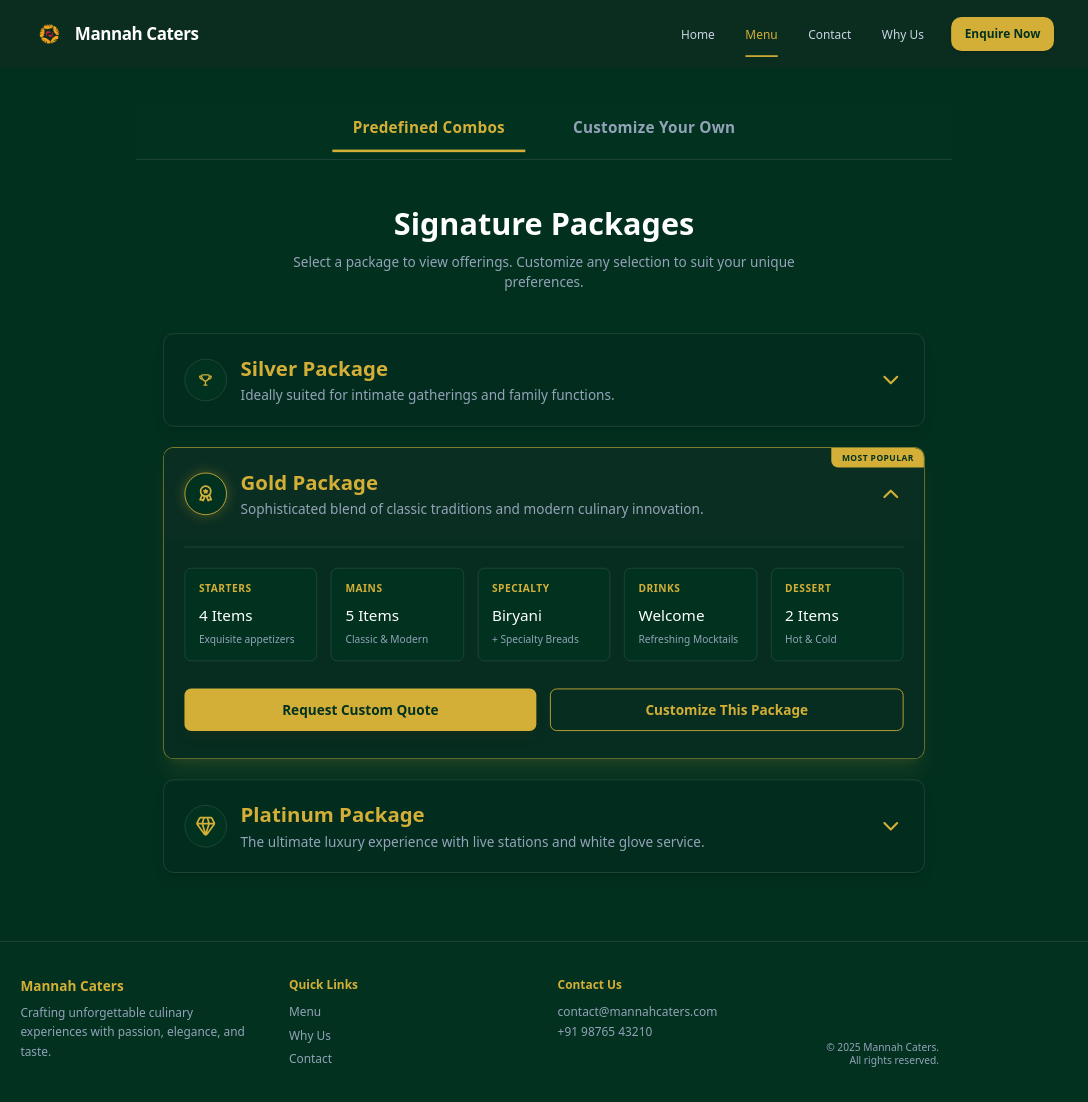
Repository: B-U-G-Freelancers/mannah_caterers
Page: /menu
The author's editor kept a copy of each file at every save. The page is drawn from the files as they stood at one save, then again after the next save.
The browser window is 1280 px wide. The pictures show the whole page, at 85% of full size.
The project was rebuilt for these pictures with package versions that can differ from the ones it lists, and the page was loaded fresh each time. Some packages were replaced by stand-ins written for this rebuild. Also part of the build but not shown: vite.config.js, src/pages/Home.jsx, src/components/MenuItem.jsx, src/components/CartSideBar.jsx, src/components/CustomizeView.jsx, src/pages/Contact.jsx, src/pages/WhyUs.jsx, src/components/SelectedMenu.jsx and 2 more.

Above is the page before, as saved 2025-12-19 13:56:03.

After the next save:
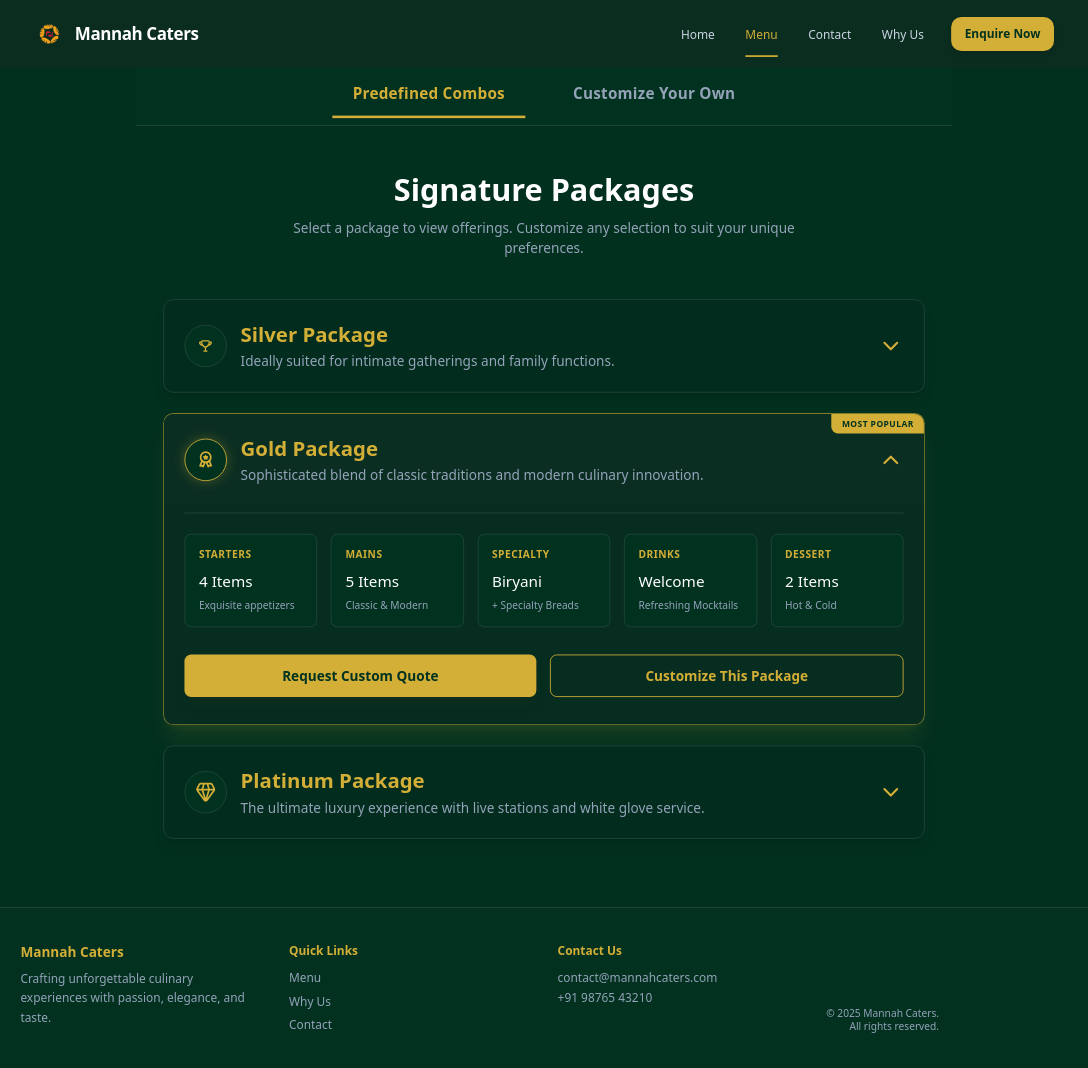
Saved 2 min 16 s later.
--- a/src/pages/Menu.jsx
+++ b/src/pages/Menu.jsx
@@ -27,7 +27,7 @@
 
   return (
     <div className="min-h-screen flex flex-col bg-[#02301f]">
-      <main className="flex-1 flex flex-col items-center pb-20 px-4 sm:px-10 lg:px-40 pt-10">
+      <main className="flex-1 flex flex-col items-center pb-20 px-4 sm:px-10 lg:px-40">
         <div className="w-full max-w-[1200px] flex flex-col gap-8">
 
           {/* Tabs */}

After the 3 saves that followed:
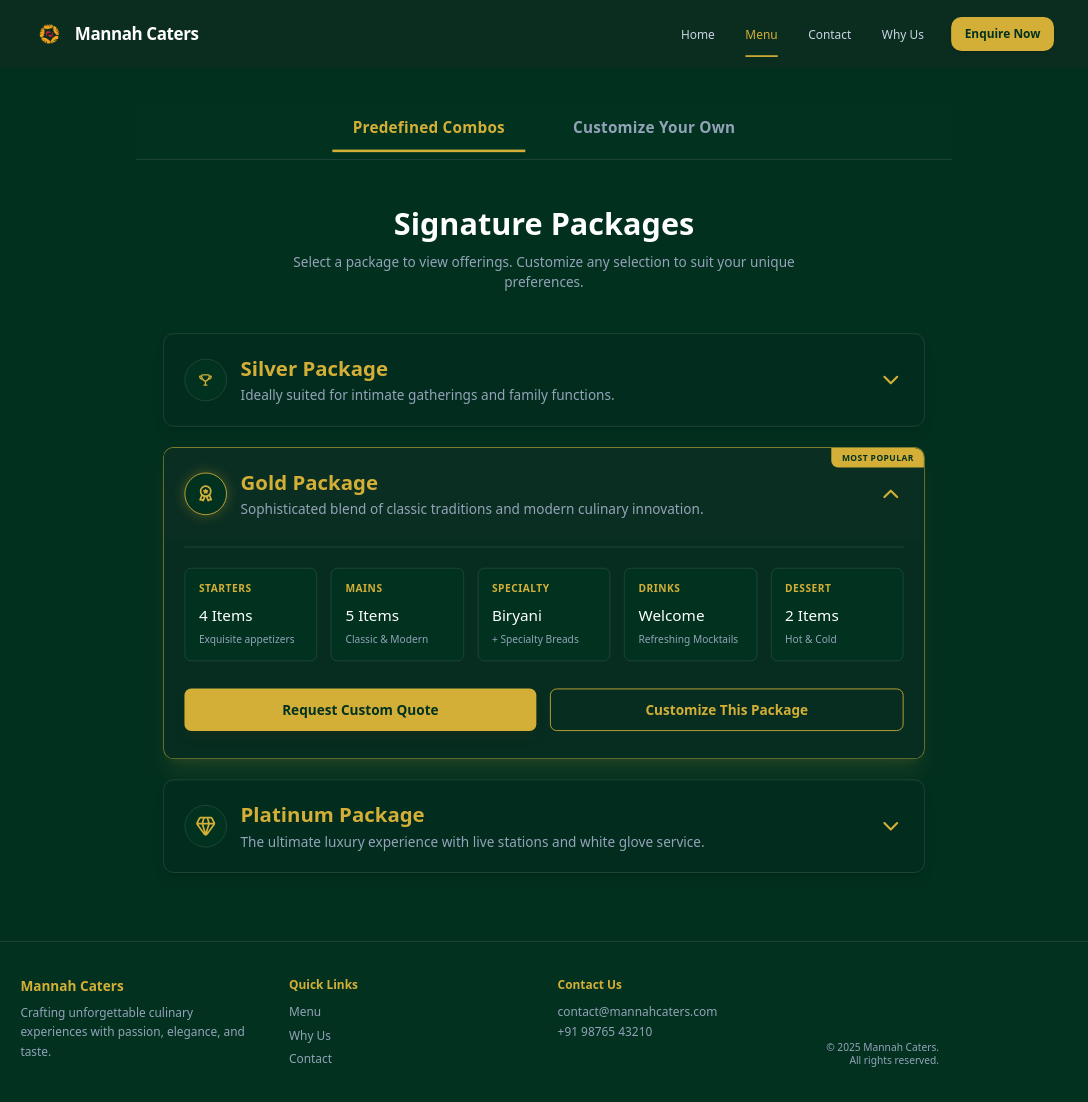
The 3 saves are shown as one change because they came seconds apart.
The last was saved 13 s later.
--- a/src/pages/Menu.jsx
+++ b/src/pages/Menu.jsx
@@ -27,7 +27,7 @@
 
   return (
     <div className="min-h-screen flex flex-col bg-[#02301f]">
-      <main className="flex-1 flex flex-col items-center pb-20 px-4 sm:px-10 lg:px-40">
+      <main className="flex-1 flex flex-col items-center pb-20 px-4 sm:px-10 lg:px-40 pt-10">
         <div className="w-full max-w-[1200px] flex flex-col gap-8">
 
           {/* Tabs */}
